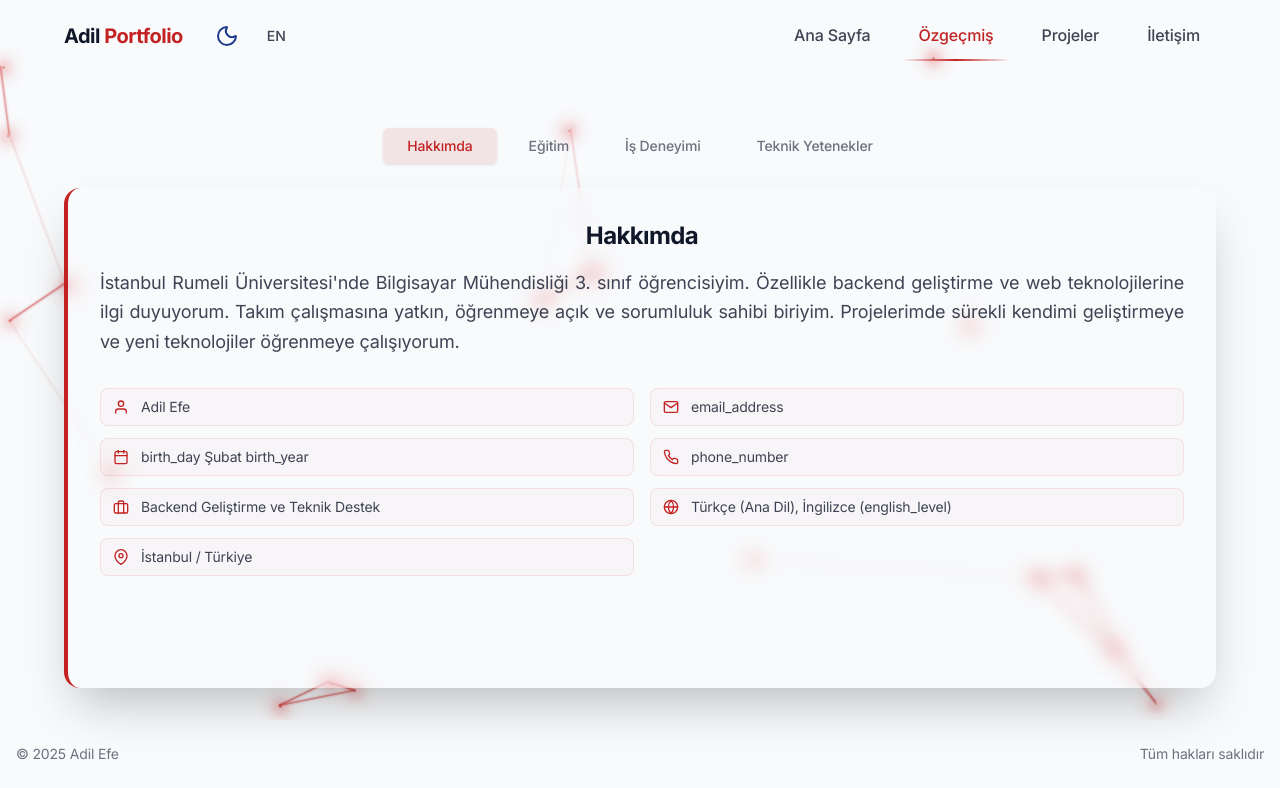
Repository: jusiann/personal-portfolio
Page: /tr/resume (app in my-portfolio/)
These files come from the project's save history. The page is drawn as it stood at one moment and after the next save; the edit follows.
The browser window is 1280 px wide. The pictures show the whole page.
The project was rebuilt for these pictures with package versions that can differ from the ones it lists, and the page was loaded fresh each time. Also part of the build but not shown: my-portfolio/vite.config.js, my-portfolio/src/components/HomeImage.jsx, my-portfolio/src/components/SocialLinks.jsx, my-portfolio/src/components/HomeCard.jsx, my-portfolio/src/pages/Home.jsx, my-portfolio/src/components/ProjectCard.jsx, my-portfolio/src/pages/Projects.jsx, my-portfolio/src/components/ContactCard.jsx and 2 more.

Above is the page before, as saved 2025-11-23 19:53:33.

### my-portfolio/index.html
<!doctype html>
<html lang="en">
  <head>
    <meta charset="UTF-8" />
    <link rel="icon" type="image/svg+xml" href="/vite.svg" />
    <meta name="viewport" content="width=device-width, initial-scale=1.0" />
    <link rel="preconnect" href="https://fonts.googleapis.com">
    <link rel="preconnect" href="https://fonts.gstatic.com" crossorigin>
    <link href="https://fonts.googleapis.com/css2?family=Inter:wght@300;400;500;600;700;800&family=Source+Code+Pro:wght@400;500;600&display=swap" rel="stylesheet">
    <title>my-portfolio</title>
  </head>
  <body>
    <div id="root"></div>
    <script type="module" src="/src/main.jsx"></script>
  </body>
</html>

### my-portfolio/src/App.jsx
import { BrowserRouter, Routes, Route, Navigate, useLocation } from "react-router-dom"
import { AnimatePresence } from "framer-motion"
import { Home } from "./pages/Home";
import { Resume } from "./pages/Resume";
import { Projects } from "./pages/Projects";
import { Contact } from "./pages/Contact";
import { NotFound } from "./pages/NotFound";

function AnimatedRoutes() {
  const location = useLocation();

  return (
    <AnimatePresence mode="wait">
      <Routes location={location} key={location.pathname}>

        {/* TURKISH ROUTES */}
        <Route path="/" element={<Navigate to="/en" replace />} />
        <Route path="/tr" element={<Home />}/>
        <Route path="/tr/resume" element={<Resume />}/>
        <Route path="/tr/projects" element={<Projects />}/>
        <Route path="/tr/contact" element={<Contact />}/>

        {/* ENGLISH ROUTES */}
        <Route path="/en" element={<Home />}/>
        <Route path="/en/resume" element={<Resume />}/>
        <Route path="/en/projects" element={<Projects />}/>
        <Route path="/en/contact" element={<Contact />}/>
        <Route path="*" element={<NotFound />} />
      </Routes>
    </AnimatePresence>
  );
}

function App() {
  return (
    <BrowserRouter>
      <AnimatedRoutes />
    </BrowserRouter>
  )
}

export default App

### my-portfolio/src/pages/Resume.jsx
import { CrimsonWebBackground } from "../components/CrimsonWebBackground";
import { Navbar } from "../components/Navbar";
import { PageTransition } from "../components/PageTransition";
import { ResumeCard } from "../components/ResumeCard";
import { Footer } from "../components/Footer";


export const Resume = () => {

    return (
        <PageTransition>
            <div className="
                min-h-screen
                bg-background
                text-foreground
                overflow-x-hidden
                flex
                flex-col
            ">

                {/* BACKGROUND EFFECTS */}
                <CrimsonWebBackground />

                {/* NAVBAR */}
                <Navbar />

                {/* MAIN CONTENT */}
                <ResumeCard />

                {/* FOOTER */}
                <Footer />
            </div>
        </PageTransition>
    );
};

### my-portfolio/src/components/Footer.jsx
import {useLanguage} from "../lib/utils";

export const Footer = () => {
    const {translate} = useLanguage();
    const currentYear = new Date().getFullYear();

    return (
        <footer className="w-full py-6 mt-auto">
            <div className="max-w-7xl mx-auto px-4">
                <div className="flex flex-col md:flex-row items-center justify-between gap-2 text-center md:text-left">

                    {/* COPYRIGHT */}
                    <p className="text-foreground/60 text-sm">
                        © {currentYear} {translate('profile_name')} {translate('profile_surname')}
                    </p>

                    {/* RIGHTS RESERVED */}
                    <p className="text-foreground/60 text-sm">
                        {translate('rights_reserved')}
                    </p>
                </div>
            </div>
        </footer>
    );
};

### my-portfolio/src/components/ResumeCard.jsx
import {useState} from 'react';
import {useLanguage} from '../lib/utils';
import {cn} from '../lib/utils';
import {
    SiHtml5, SiCss3, SiJavascript, SiReact, SiBootstrap, SiTailwindcss,
    SiCplusplus, SiPython, SiPostgresql, SiMongodb, SiMysql, SiNodedotjs, SiExpress,
    SiGit, SiFigma, SiPostman, SiBlender, SiUnity, SiJsonwebtokens, SiNpm, SiJira, SiEslint,
} from 'react-icons/si';
import {FaJava} from 'react-icons/fa';
import {VscVscode} from 'react-icons/vsc';
import {FiMail, FiPhone, FiUser, FiCalendar, FiBriefcase, FiMapPin, FiGlobe} from 'react-icons/fi';

export const ResumeCard = () => {
    const {translate} = useLanguage();
    const [activeTab, setActiveTab] = useState('about');

    const tabs = [
        {id: 'about', label: translate('resume_about_title')},
        {id: 'education', label: translate('resume_education_title')},
        {id: 'experience', label: translate('resume_experience_title')},
        {id: 'skills', label: translate('resume_skills_title')},
    ];

    const renderContent = () => {
        switch (activeTab) {
            case 'about':
                return (
                    <div>
                        <h3 className="text-2xl font-heading font-bold text-foreground mb-4">
                            {translate('resume_about_title')}
                        </h3>
                        <p className="text-foreground/80 leading-relaxed text-lg mb-8 text-justify">
                            {translate('profile_about_text')}
                        </p>
                        <div className="grid grid-cols-1 md:grid-cols-2 gap-4">
                            <div className="space-y-3">
                                <div className="flex items-start gap-3 p-2 pl-3 rounded-lg bg-primary/2 border border-primary/10 hover:bg-primary/4 transition-colors duration-200">
                                    <FiUser className="text-primary mt-0.5 shrink-0" />
                                    <span className="text-foreground/80 text-sm">{translate('profile_name')} {translate('profile_surname')}</span>
                                </div>
                                <div className="flex items-start gap-3 p-2 pl-3 rounded-lg bg-primary/2 border border-primary/10 hover:bg-primary/4 transition-colors duration-200">
                                    <FiCalendar className="text-primary mt-0.5 shrink-0" />
                                    <span className="text-foreground/80 text-sm">{translate('birth_day')} {translate('february')} {translate('birth_year')}</span>
                                </div>
                                <div className="flex items-start gap-3 p-2 pl-3 rounded-lg bg-primary/2 border border-primary/10 hover:bg-primary/4 transition-colors duration-200">
                                    <FiBriefcase className="text-primary mt-0.5 shrink-0" />
                                    <span className="text-foreground/80 text-sm">{translate('current_position')}</span>
                                </div>
                                <div className="flex items-start gap-3 p-2 pl-3 rounded-lg bg-primary/2 border border-primary/10 hover:bg-primary/4 transition-colors duration-200">
                                    <FiMapPin className="text-primary mt-0.5 shrink-0" />
                                    <span className="text-foreground/80 text-sm">{translate('location_city')}</span>
                                </div>
                            </div>
                            <div className="space-y-3">
                                <div className="flex items-start gap-3 p-2 pl-3 rounded-lg bg-primary/2 border border-primary/10 hover:bg-primary/4 transition-colors duration-200">
                                    <FiMail className="text-primary mt-0.5 shrink-0" />
                                    <span className="text-foreground/80 text-sm">{translate('email_address')}</span>
                                </div>
                                <div className="flex items-start gap-3 p-2 pl-3 rounded-lg bg-primary/2 border border-primary/10 hover:bg-primary/4 transition-colors duration-200">
                                    <FiPhone className="text-primary mt-0.5 shrink-0" />
                                    <span className="text-foreground/80 text-sm">{translate('phone_number')}</span>
                                </div>
                                <div className="flex items-start gap-3 p-2 pl-3 rounded-lg bg-primary/2 border border-primary/10 hover:bg-primary/4 transition-colors duration-200">
                                    <FiGlobe className="text-primary mt-0.5 shrink-0" />
                                    <span className="text-foreground/80 text-sm">{translate('turkish')} ({translate('native')}), {translate('english')} ({translate('english_level')})</span>
                                </div>
                            </div>
                        </div>
                    </div>
                );
            case 'education':
                return (
                    <div>
                        <h3 className="text-2xl font-heading font-bold text-foreground mb-6">
                            {translate('resume_education_title')}
                        </h3>
                        <div className="space-y-4">
                            <div className="border-l-4 border-primary pl-4">
                                <h4 className="text-lg font-semibold text-foreground">
                                    {translate('education_university_degree')}
                                </h4>
                                <p className="text-primary font-medium">
                                    {translate('education_university_name')}
                                </p>
                                <p className="text-sm text-foreground/60">
                                    {translate('education_university_start')} - {translate('present')}
                                </p>
                            </div>
                            <div className="border-l-4 border-primary/50 pl-4">
                                <h4 className="text-lg font-semibold text-foreground">
                                    {translate('education_highschool_degree')}
                                </h4>
                                <p className="text-primary/80 font-medium">
                                    {translate('education_highschool_name')}
                                </p>
                                <p className="text-sm text-foreground/60">
                                    {translate('education_highschool_start')} - {translate('education_highschool_end')}
                                </p>
                            </div>
                        </div>
                    </div>
                );
            case 'experience':
                return (
                    <div>
                        <h3 className="text-2xl font-heading font-bold text-foreground mb-6">
                            {translate('resume_experience_title')}
                        </h3>
                        <div className="space-y-6">
                            <div className="border-l-4 border-primary pl-4">
                                <h4 className="text-lg font-semibold text-foreground">
                                    {translate('experience_yapiradar_title')}
                                </h4>
                                <p className="text-primary font-medium">
                                    {translate('experience_yapiradar_company')}
                                </p>
                                <p className="text-sm text-foreground/60 mb-2">
                                    {translate('experience_yapiradar_start')} - {translate('present')}
                                </p>
                                <p className="text-sm text-foreground/70">
                                    {translate('experience_yapiradar_description')}
                                </p>
                            </div>
                        </div>
                    </div>
                );
            case 'skills': {
                const skillsData = {
                    frontend: [
                        {name: 'HTML5', icon: SiHtml5},
                        {name: 'CSS3', icon: SiCss3},
                        {name: 'JavaScript', icon: SiJavascript},
                        {name: 'React', icon: SiReact},
                        {name: 'Bootstrap', icon: SiBootstrap},
                        {name: 'Tailwind CSS', icon: SiTailwindcss},
                    ],
                    backend: [
                        {name: 'C++', icon: SiCplusplus},
                        {name: 'Java', icon: FaJava},
                        {name: 'Python', icon: SiPython},
                        {name: 'Node.js', icon: SiNodedotjs},
                        {name: 'Express', icon: SiExpress},
                        {name: 'PostgreSQL', icon: SiPostgresql},
                        {name: 'MongoDB', icon: SiMongodb},
                        {name: 'MySQL', icon: SiMysql},
                    ],
                    tools: [
                        {name: 'Git', icon: SiGit},
                        {name: 'VS Code', icon: VscVscode},
                        {name: 'Postman', icon: SiPostman},
                        {name: 'JWT', icon: SiJsonwebtokens},
                        {name: 'NPM', icon: SiNpm},
                        {name: 'Jira', icon: SiJira},
                        {name: 'ESLint', icon: SiEslint},
                        {name: 'Blender', icon: SiBlender},
                        {name: 'Unity', icon: SiUnity},
                    ]
               };

                return (
                    <div>
                        <h3 className="text-2xl font-heading font-bold text-foreground mb-6">
                            {translate('resume_skills_title')}
                        </h3>
                        <div className="grid grid-cols-1 md:grid-cols-2 gap-6">
                            <div>
                                <h4 className="text-lg font-semibold text-primary mb-3">
                                    {translate('resume_skills_frontend')}
                                </h4>
                                <div className="flex flex-wrap gap-3">
                                    {skillsData.frontend.map(skill => (
                                        <div
                                            key={skill.name}
                                            className="relative group"
                                        >
                                            <div className="w-12 h-12 bg-primary/10 hover:bg-primary/20 rounded-lg flex items-center justify-center transition-colors duration-200 md:hover:scale-110 md:transition-transform cursor-pointer text-foreground/70 hover:text-primary">
                                                <skill.icon className="w-7 h-7" />
                                            </div>
                                            <div className="hidden md:block absolute -top-10 left-1/2 transform -translate-x-1/2 bg-background/95 text-foreground text-xs px-2 py-1 rounded opacity-0 group-hover:opacity-100 transition-opacity duration-200 pointer-events-none whitespace-nowrap border border-primary/20 shadow-lg">
                                                {skill.name}
                                            </div>
                                        </div>
                                    ))}
                                </div>
                            </div>
                            <div>
                                <h4 className="text-lg font-semibold text-primary mb-3">
                                    {translate('resume_skills_backend')}
                                </h4>
                                <div className="flex flex-wrap gap-3">
                                    {skillsData.backend.map(skill => (
                                        <div
                                            key={skill.name}
                                            className="relative group"
                                        >
                                            <div className="w-12 h-12 bg-primary/10 hover:bg-primary/20 rounded-lg flex items-center justify-center transition-colors duration-200 md:hover:scale-110 md:transition-transform cursor-pointer text-foreground/70 hover:text-primary">
                                                <skill.icon className="w-7 h-7" />
                                            </div>
                                            <div className="hidden md:block absolute -top-10 left-1/2 transform -translate-x-1/2 bg-background/95 text-foreground text-xs px-2 py-1 rounded opacity-0 group-hover:opacity-100 transition-opacity duration-200 pointer-events-none whitespace-nowrap border border-primary/20 shadow-lg">
                                                {skill.name}
                                            </div>
                                        </div>
                                    ))}
                                </div>
                            </div>
                            <div>
                                <h4 className="text-lg font-semibold text-primary mb-3">
                                    {translate('resume_skills_tools')}
                                </h4>
                                <div className="flex flex-wrap gap-3">
                                    {skillsData.tools.map(skill => (
                                        <div
                                            key={skill.name}
                                            className="relative group"
                                        >
                                            <div className="w-12 h-12 bg-primary/10 hover:bg-primary/20 rounded-lg flex items-center justify-center transition-colors duration-200 md:hover:scale-110 md:transition-transform cursor-pointer text-foreground/70 hover:text-primary">
                                                <skill.icon className="w-7 h-7" />
                                            </div>
                                            <div className="hidden md:block absolute -top-10 left-1/2 transform -translate-x-1/2 bg-background/95 text-foreground text-xs px-2 py-1 rounded opacity-0 group-hover:opacity-100 transition-opacity duration-200 pointer-events-none whitespace-nowrap border border-primary/20 shadow-lg">
                                                {skill.name}
                                            </div>
                                        </div>
                                    ))}
                                </div>
                            </div>
                        </div>
                    </div>
                );
           }
            default:
                return null;
       }
   };

    return (
        <div className="relative w-[90%] mx-auto min-h-[calc(100vh-8rem)] flex flex-col items-center justify-center pt-32 pb-8">
            <div className="w-full max-w-6xl">

                {/* TAB NAVIGATION */}
                <div className="mb-6 flex flex-col md:flex-row justify-center gap-2">
                    {tabs.map((tab) => (
                        <button
                            key={tab.id}
                            onClick={() => setActiveTab(tab.id)}
                            className={cn(
                                "px-6 py-2 text-sm font-medium transition-all duration-200 rounded-md min-w-fit w-full md:w-auto",
                                activeTab === tab.id
                                    ? "text-primary bg-primary/10 shadow-sm"
                                    : "text-foreground/60 hover:text-foreground hover:bg-primary/5"
                            )}
                        >
                            {tab.label}
                        </button>
                    ))}
                </div>

                {/* CARD */}
                <div
                    className="
                        relative
                        bg-card/10
                        backdrop-blur-sm
                        rounded-2xl
                        border-l-4
                        border-primary
                        shadow-2xl
                        overflow-hidden
                        transition-all
                        duration-500
                        hover:scale-[1.01]
                    "
                >
                    {/* CONTENT */}
                    <div className="p-6 md:p-8 h-[500px] overflow-y-auto">
                        {renderContent()}
                    </div>
                </div>

                {/* GLOW EFFECT */}
                <div
                    className="
                        absolute
                        -inset-4
                        bg-primary/5
                        blur-3xl
                        -z-10
                        opacity-50
                        animate-pulse-subtle
                    "
                />
            </div>
        </div>
    );
};

### my-portfolio/src/components/LanguageToggle.jsx
import {useNavigate, useLocation} from 'react-router-dom';
import {cn} from '../lib/utils';

export const LanguageToggle = () => {
    const navigate = useNavigate();
    const location = useLocation();
    const currentLang = location.pathname.startsWith("/en") ? "en" : "tr";

    const toggleLanguage = () => {
        const newLang = currentLang === "tr" ? "en" : "tr";
        const newPath = location.pathname.replace(`/${currentLang}`, `/${newLang}`);
        navigate(`${newPath}${location.hash}`);
    };

    return (
        <>
            {/* LANGUAGE TOGGLE BUTTON */}
            <button
                onClick={toggleLanguage}
                className={cn(
                    "px-3 py-2 transition-all duration-300",
                    "hover:scale-110 active:scale-95",
                    "focus:outline-none text-foreground/80 hover:text-foreground",
                    "text-sm font-medium uppercase"
                )}
            >
                {currentLang === "tr" ? "EN" : "TR"}
            </button>
        </>
    );
};

Loaded but not shown: my-portfolio/src/main.jsx (common file); my-portfolio/src/lib/translations.js (library); my-portfolio/src/lib/utils.js (19 lines, source omitted); my-portfolio/src/index.css (267 lines, source omitted); my-portfolio/src/components/ThemeToggle.jsx (133 lines, source omitted); my-portfolio/src/components/CrimsonWebBackground.jsx (183 lines, source omitted); my-portfolio/src/components/Navbar.jsx (139 lines, source omitted); my-portfolio/src/components/PageTransition.jsx (55 lines, source omitted)

After the next save:
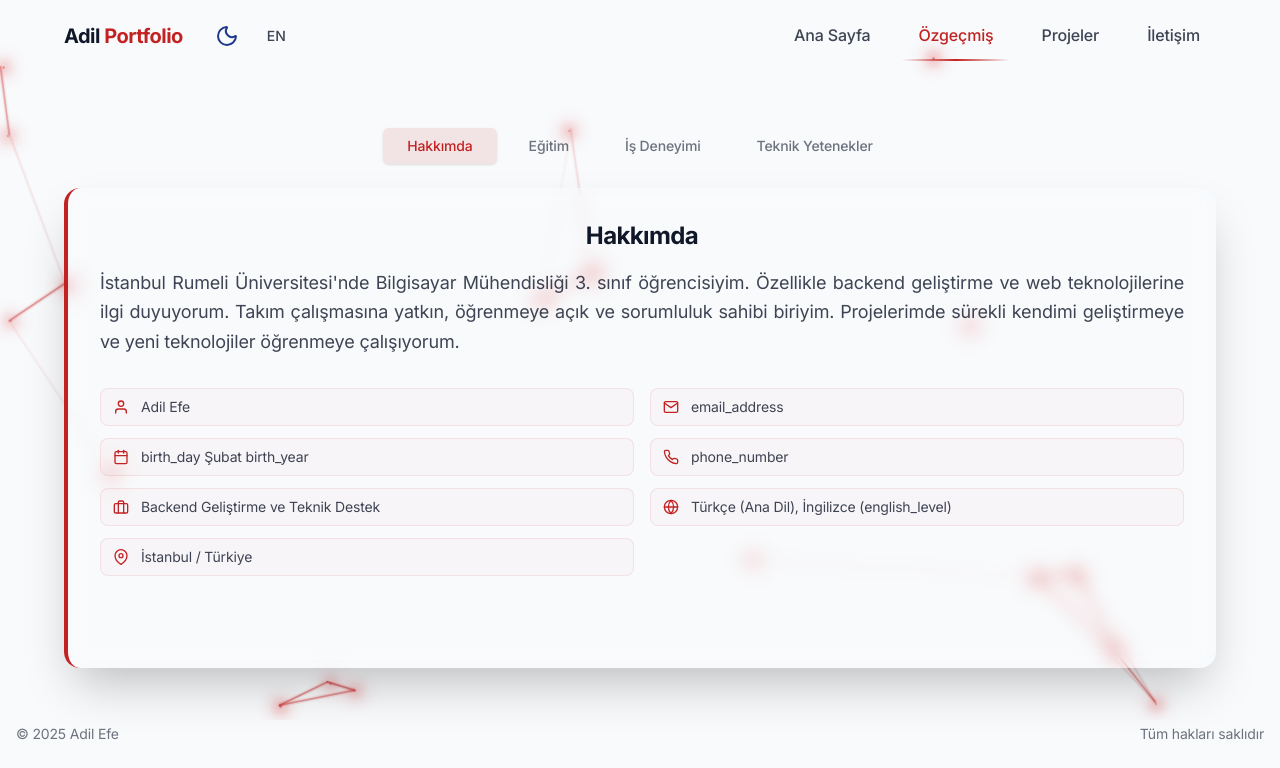
Saved 17 s later.
--- a/my-portfolio/src/components/ResumeCard.jsx
+++ b/my-portfolio/src/components/ResumeCard.jsx
@@ -271,7 +271,7 @@ export const ResumeCard = () => {
                     "
                 >
                     {/* CONTENT */}
-                    <div className="p-6 md:p-8 h-[500px] overflow-y-auto">
+                    <div className="p-6 md:p-8 h-[480px] overflow-y-auto">
                         {renderContent()}
                     </div>
                 </div>
